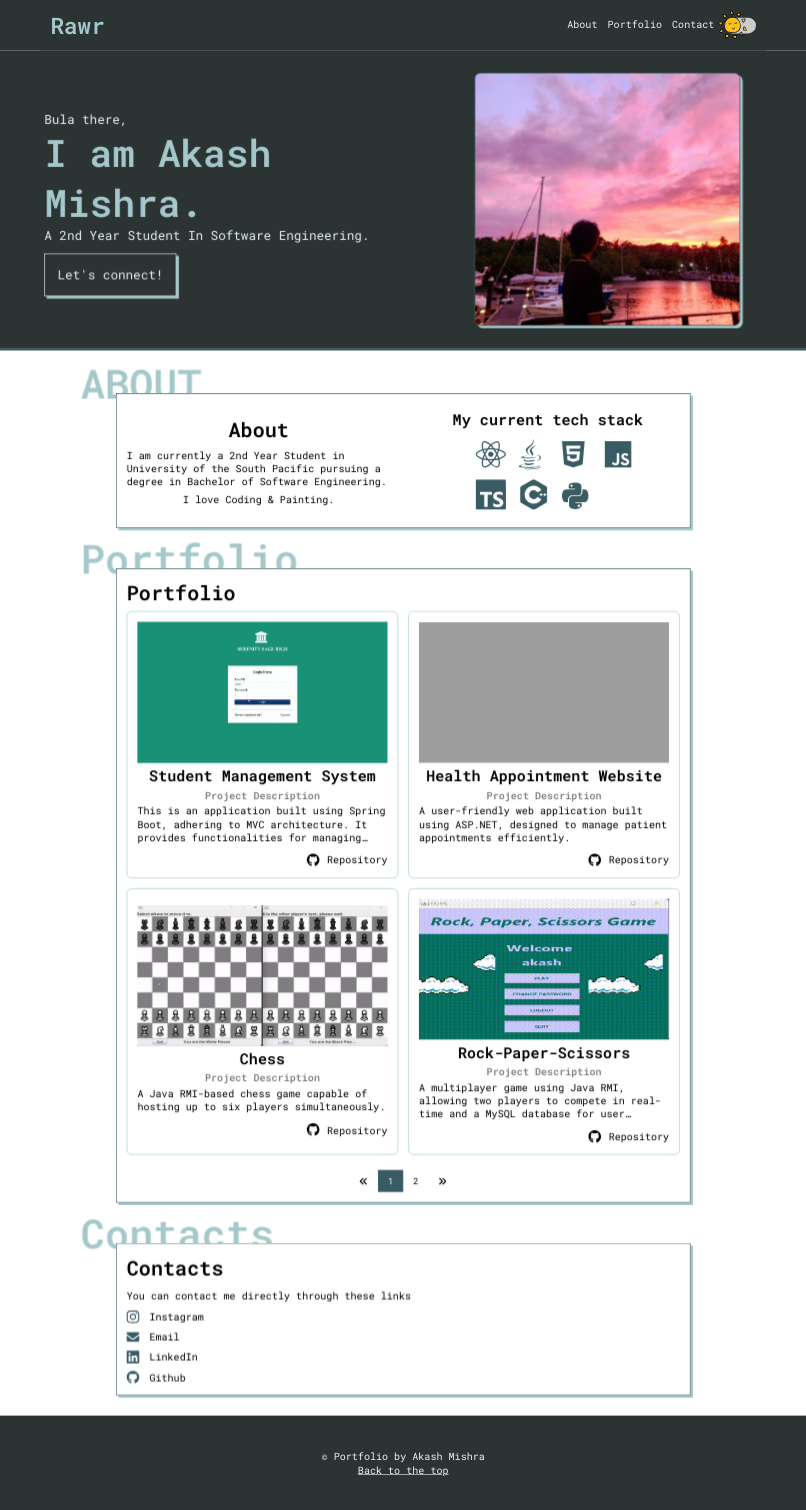
Repository: akashrawr/portfolio
Page: /
These files come from the project's save history. The page is drawn as it stood at one moment and after a run of saves; the edit follows.
The browser window is 1280 px wide. The pictures show the whole page, at 63% of full size.
Pictures or frames that could not be fetched are drawn as grey boxes. The project was rebuilt for these pictures with package versions that can differ from the ones it lists, and the page was loaded fresh each time.

Above is the page before, as saved 2024-12-12 13:19:26.

After the next 2 saves:
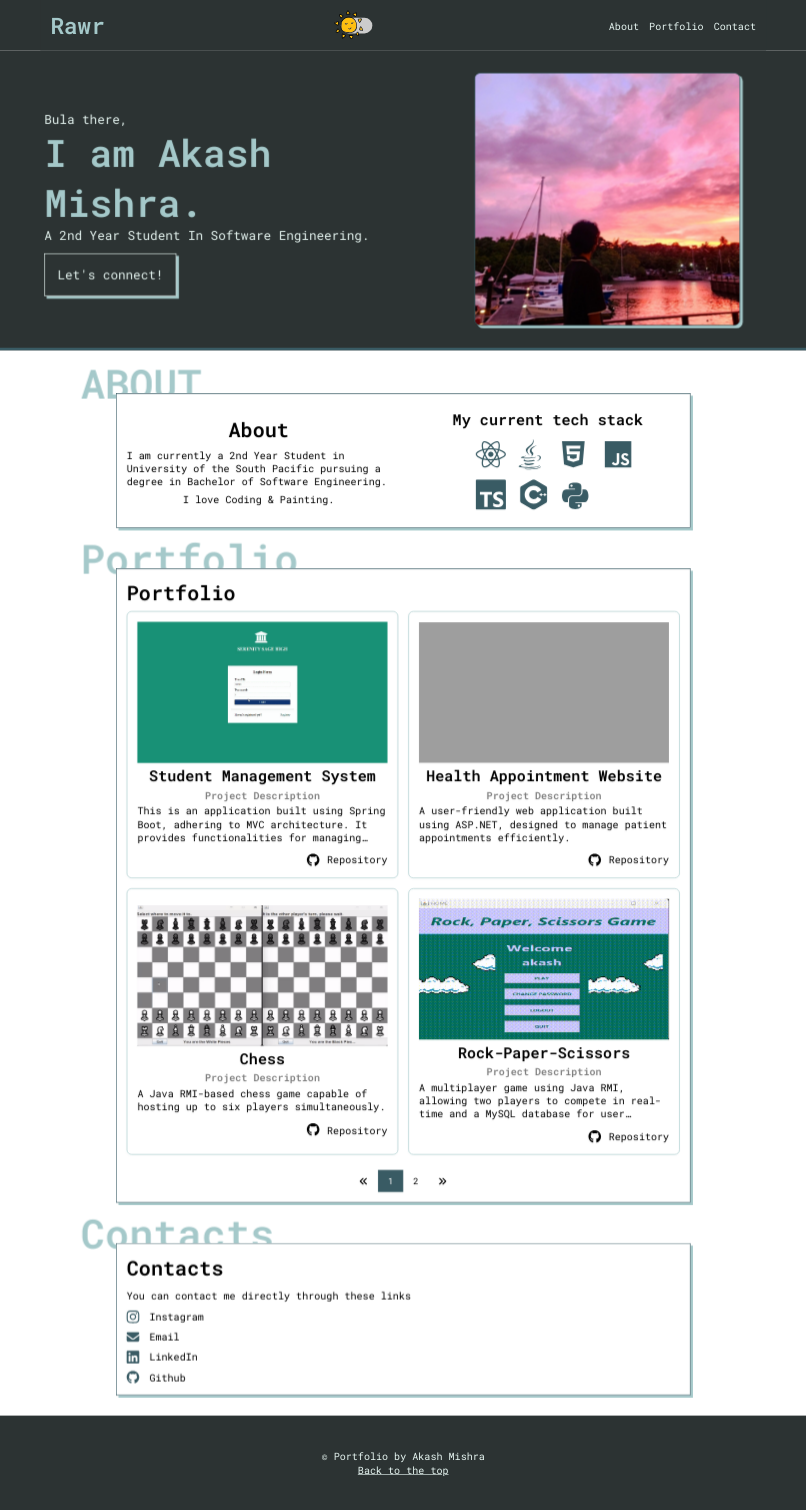
The 2 saves are shown as one change because 1 did not build or start.
The last was saved 8 min 35 s later.
--- a/src/components/Header.js
+++ b/src/components/Header.js
@@ -9,12 +9,30 @@ function Header({ isNavVisible, toggleNav, darkMode, toggleDarkMode }) {
           <h1>Rawr</h1>
         </div>
 
+        <label className="switch" aria-label="Toggle dark mode">
+          <input
+            type="checkbox"
+            checked={darkMode}
+            onChange={toggleDarkMode}
+            aria-checked={darkMode}
+          />
+          <span className="slider round">
+            {!darkMode ? (
+              <img className="icon" src="./assets/icons/sun.svg" alt="Light Mode" />
+            ) : (
+              <img className="icon" src="./assets/icons/moon.svg" alt="Dark Mode" />
+            )}
+          </span>
+        </label>
+
         <button
           className="mobile-nav-toggle"
           aria-controls="primary-nav"
           aria-expanded={isNavVisible}
           onClick={toggleNav}
-        ></button>
+        >
+          <FontAwesomeIcon icon="fa-solid fa-angles-left" />
+        </button>
 
         <ul
           id="primary-nav"
@@ -22,30 +40,13 @@ function Header({ isNavVisible, toggleNav, darkMode, toggleDarkMode }) {
           data-visible={isNavVisible}
         >
           <li>
-            <a className="nav-link" href="#about">About</a>
+            <a className="nav-link" href="#about" onClick={toggleNav}>About</a>
           </li>
           <li>
-            <a className="nav-link" href="#portfolio">Portfolio</a>
+            <a className="nav-link" href="#portfolio" onClick={toggleNav}>Portfolio</a>
           </li>
           <li>
-            <a className="nav-link" href="#contact">Contact</a>
-          </li>
-          <li>
-            <label className="switch" aria-label="Toggle dark mode">
-              <input
-                type="checkbox"
-                checked={darkMode}
-                onChange={toggleDarkMode}
-                aria-checked={darkMode}
-              />
-              <span className="slider round">
-                {!darkMode ? (
-                  <img className="icon" src="./assets/icons/sun.svg" alt="Light Mode" />
-                ) : (
-                  <img className="icon" src="./assets/icons/moon.svg" alt="Dark Mode" />
-                )}
-              </span>
-            </label>
+            <a className="nav-link" href="#contact" onClick={toggleNav}>Contact</a>
           </li>
         </ul>
       </nav>
